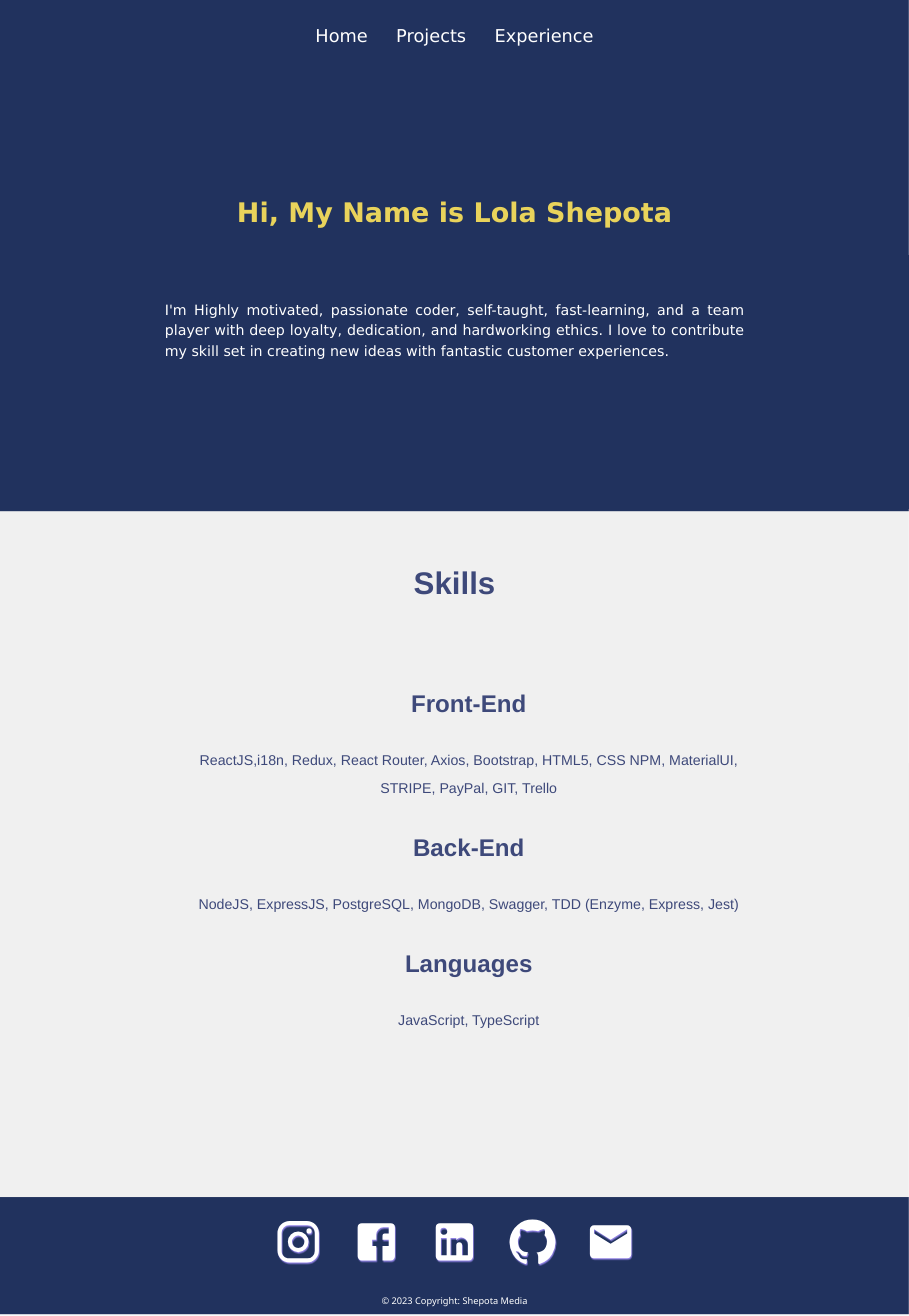
Repository: LolaSL/react-portfolio
Page: /
These files come from the project's save history. The page is drawn as it stood at one moment and after the next save; the edit follows.
The browser window is 1280 px wide. The pictures show the whole page, at 71% of full size.
The project was rebuilt for these pictures with package versions that can differ from the ones it lists, and the page was loaded fresh each time. Also part of the build but not shown: src/components/ProjectItem/ProjectItem.jsx, src/helpers/ProjectList.js, src/pages/Projects/Style.css, src/pages/Projects/Projects.jsx, src/pages/Experience/Style.css, src/pages/Experience/Experience.jsx, src/pages/ProjectDetail/ProjectDetail.jsx.

Above is the page before, as saved 2023-07-01 19:41:35.

After the next save:
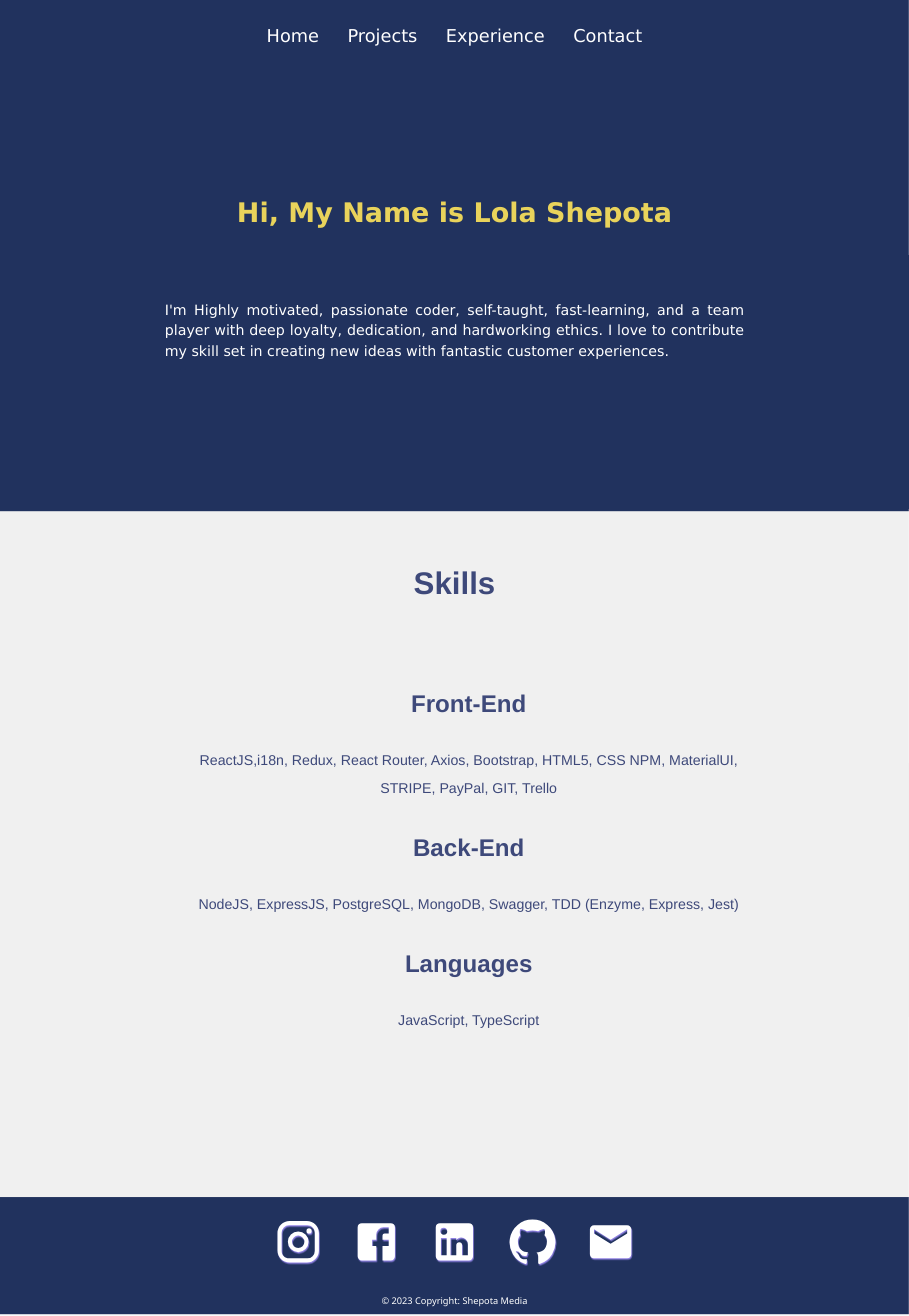
Saved 2 min 35 s later.
--- a/src/components/Navbar/Navbar.jsx
+++ b/src/components/Navbar/Navbar.jsx
@@ -24,7 +24,7 @@ const Navbar = () => {
         <Link to="/"> Home </Link>
         <Link to="/projects"> Projects </Link>
         <Link to="/experience"> Experience </Link>
-        {/* <Link to="/contact"> Contact </Link> */}
+        <Link to="/contact"> Contact </Link>
       </div>
     </div>
   );
